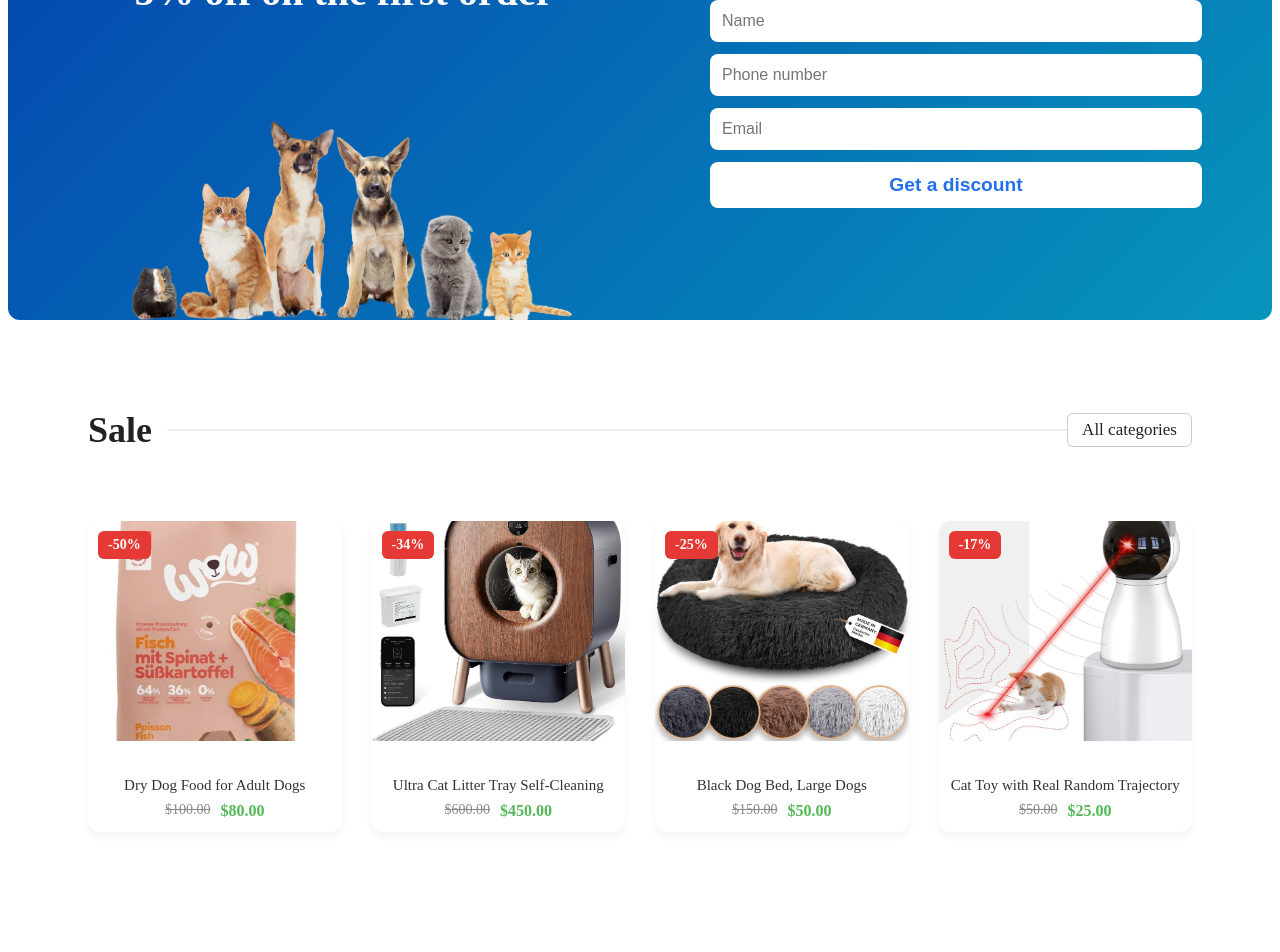
Repository: JuliiaJuliia/pet-shop-frontend
Page: / (app in pet-shop-frontend/)
An editor plug-in stored every save of this project. The page is shown before and after a run of saves, followed by the edit.
The browser window is 1280 px wide. The pictures show the part of the page from y = 1259 to 2211 px (the page is 2211 px tall).
The project was rebuilt for these pictures with package versions that can differ from the ones it lists, and the page was loaded fresh each time. Also part of the build but not shown: pet-shop-frontend/vite.config.js, pet-shop-frontend/src/pages/CheckoutPage.jsx, pet-shop-frontend/src/api/axios.js, pet-shop-frontend/src/components/ProductList.jsx.

Above is the page before, as saved 2025-11-06 20:38:28.

### pet-shop-frontend/index.html
<!doctype html>
<html lang="en">
  <head>
    <meta charset="UTF-8" />
    <link rel="icon" type="image/svg+xml" href="/vite.svg" />
    <meta name="viewport" content="width=device-width, initial-scale=1.0" />
    <title>pet-shop-frontend</title>
  </head>
  <body>
    <div id="root"></div>
    <script type="module" src="/src/main.jsx"></script>
  </body>
</html>

### pet-shop-frontend/src/main.jsx
import HomePage from "./pages/HomePage";
import CheckoutPage from "./pages/CheckoutPage";
import React from "react";
import ReactDOM from "react-dom/client";
import { BrowserRouter, Routes, Route } from "react-router-dom";
import Header from "./components/Header/Header.jsx";
import ProductList from "./components/ProductList";

function Categories() {
  return <h2 style={{ textAlign: "center" }}>Categories Page</h2>;
}

function Sales() {
  return <h2 style={{ textAlign: "center" }}>Sales Page</h2>;
}

function Cart() {
  return <h2 style={{ textAlign: "center" }}>Your Cart is empty</h2>;
}

ReactDOM.createRoot(document.getElementById("root")).render(
  <BrowserRouter>
    <Header />
    <Routes>
      <Route path="/" element={<HomePage />} />
      <Route path="/categories" element={<Categories />} />
      <Route path="/products" element={<ProductList />} />
      <Route path="/sales" element={<Sales />} />
      <Route path="/cart" element={<Cart />} />
    </Routes>
  </BrowserRouter>
);

### pet-shop-frontend/src/pages/HomePage.jsx
import React from "react";
import MainBanner from "../components/MainBanner";
import Categories from "../components/Categories";
import DiscountBanner from "../components/DiscountBanner";
import SaleSection from "../components/SaleSection/SaleSection";

const HomePage = () => {
  return (
    <div>
      <MainBanner />
      <Categories />
      <DiscountBanner />
      <SaleSection />
    </div>
  );
};

export default HomePage;

### pet-shop-frontend/src/components/Header/Header.jsx
import React from "react";
import { Link } from "react-router-dom";
import "./Header.css";

const Header = () => {
  return (
    <header className="header">
      <div className="header__logo">
        <Link to="/">PetShop 🐾</Link>
      </div>
      <nav className="header__nav">
        <Link to="/">Main Page</Link>
        <Link to="/categories">Categories</Link>
        <Link to="/products">All products</Link>
        <Link to="/sales">All sales</Link>
      </nav>
      <div className="header__cart">
        <Link to="/cart">
        <img src="/icon.svg" alt="Cart" className="header__cart-icon" />
        </Link>
</div>
    </header>
  );
};

export default Header;

### pet-shop-frontend/src/components/MainBanner.jsx
import React from "react";
import { Link } from "react-router-dom";
import "./MainBanner.css";

const MainBanner = () => {
  return (
    <section className="main-banner">
      <div className="main-banner__overlay">
        <div className="main-banner__content">
        <h1>Amazing Discounts <br /> on Pets Products!</h1>
        <Link to="/checkout" className="banner-btn">Check out</Link>
        </div>
      </div>
    </section>
  );
};

export default MainBanner;

### pet-shop-frontend/src/components/Categories.jsx
import React from "react";
import { Link } from "react-router-dom";
import "./Categories.css";

const categories = [
  { id: 1, name: "Dry & Wet Food", image: "/Dog.jpg" },
  { id: 2, name: "Litter Boxes & Litter Trays", image: "/Cat.jpg" },
  { id: 3, name: "Baskets & Beds", image: "/Dogs.jpg" },
  { id: 4, name: "Toys", image: "/Dog and Fish.jpg" },
];

const Categories = () => {
  return (
    <section className="categories">
      <div className="categories__header">
        <h2>Categories</h2>
        <div className="categories__line"></div>

        <Link to="/products" className="all-categories-btn">
          All categories
        </Link>
      </div>

      <div className="categories__grid">
        {categories.map((category) => (
          <div key={category.id} className="category-card">
            <img src={category.image} alt={category.name} />
            <div className="category-card__overlay">
              <p>{category.name}</p>
            </div>
          </div>
        ))}
      </div>
    </section>
  );
};

export default Categories;

### pet-shop-frontend/src/components/DiscountBanner.jsx
import { useState } from "react";
import "./DiscountBanner.css";

export default function DiscountBanner() {
  const [form, setForm] = useState({ name: "", phone: "", email: "" });
  const [sent, setSent] = useState(false);

  const handleChange = (e) => {
    setForm({ ...form, [e.target.name]: e.target.value });
    setError("");
  };

  const handleSubmit = (e) => {
    e.preventDefault();

    if (!form.name || !form.phone || !form.email) {
      setError("Fill in this field");
      return;
    }

    setSent(true);
  };
  return (
    <section className="discount-banner">
      <div className="discount-banner__overlay">
        <div className="discount-banner__container">

          {/* Ліва частина: заголовок + картинка */}
          <div className="discount-banner__left">
            <h2>5% off on the first order</h2>
            <img src="/Pets.jpg" alt="Pets" />
          </div>

          {/* Права частина: форма */}
          <div className="discount-banner__right">
            {!sent ? (
              <form onSubmit={handleSubmit}>
                <input
                  type="text"
                  name="name"
                  placeholder="Name"
                  value={form.name}
                  onChange={handleChange}
                  required
                />
                <input
                  type="tel"
                  name="phone"
                  placeholder="Phone number"
                  value={form.phone}
                  onChange={handleChange}
                  required
                />
                <input
                  type="email"
                  name="email"
                  placeholder="Email"
                  value={form.email}
                  onChange={handleChange}
                  required
                />
                <button type="submit">Get a discount</button>
              </form>
            ) : (
              <p className="discount-banner__success">
                ✅ Thank you! We'll contact you soon!
              </p>
            )}
          </div>

        </div>
      </div>
    </section>
  );
}

### pet-shop-frontend/src/components/SaleSection/SaleSection.jsx
import React from "react";
import "./SaleSection.css";
import { Link } from "react-router-dom";

const saleSection = [
  {
    id: 1,
    name: "Dry Dog Food for Adult Dogs",
    image: "/Dry Dog.jpg",
    oldPrice: 100,
    newPrice: 80,
    discount: "-50%",
  },
  {
    id: 2,
    name: "Ultra Cat Litter Tray Self-Cleaning",
    image: "/Cat Litter.jpg",
    oldPrice: 600,
    newPrice: 450,
    discount: "-34%",
  },
  {
    id: 3,
    name: "Black Dog Bed, Large Dogs",
    image: "/Dog Bed.jpg",
    oldPrice: 150,
    newPrice: 50,
    discount: "-25%",
  },
  {
    id: 4,
    name: "Cat Toy with Real Random Trajectory",
    image: "/Cat Toy.jpg",
    oldPrice: 50,
    newPrice: 25,
    discount: "-17%",
  },
];

const SaleSection = () => {
  return (
    <section className="sale-section">
      {/* 🔹 Верхній заголовок + кнопка справа */}
      <div className="sale-section__header">
        <h2>Sale</h2>
        <div className="sale-section__line"></div>
        <Link to="/categories" className="sale-section__all-btn">
          All categories
        </Link>
      </div>

      {/* 🔹 Сітка товарів */}
      <div className="sale-section__grid">
        {saleSection.map((item) => (
          <div key={item.id} className="sale-card">
            <div className="sale-card__image-container">
              <img src={item.image} alt={item.name} className="sale-card__image" />
              <span className="sale-card__discount">{item.discount}</span>
            </div>
            <div className="sale-card__details">
              <h4 className="sale-card__name">{item.name}</h4>
              <div className="sale-card__prices">
                <span className="sale-card__old">${item.oldPrice.toFixed(2)}</span>
                <span className="sale-card__new">${item.newPrice.toFixed(2)}</span>
              </div>
            </div>
          </div>
        ))}
      </div>
    </section>
  );
};

export default SaleSection;

### pet-shop-frontend/src/components/Header/Header.css
.header {
    display: flex;
    align-items: center;
    justify-content: space-between;
    padding: 20px 60px;
    background-color: #fff;
    box-shadow: 0 2px 5px rgba(0, 0, 0, 0.05);
    position: sticky;
    top: 0;
    z-index: 10;
  }

  .header__logo a {
    font-size: 40px;
    font-weight: 400;
    color: #3d3c3c;
    text-decoration: none;
    display: flex;
    align-items: center;
    gap: 10px;
  }

  .header__nav {
    display: flex;
    gap: 30px;
  }

  .header__nav a {
    font-size: 20px;
    text-decoration: none;
    color: #38383a;
    font-weight: 550;
    transition: 0.3s;
    cursor: url("data:[embedded picture, 129 characters]"), auto;
  }

  .header__nav a:hover {
    color: #24973bf3;
  }

  .cart-icon {
    font-size: 20px;
    text-decoration: none;
  }

  .header__cart-icon {
    width: 30px;
    height: 30px;
    object-fit: contain;
    transition: transform 0.3s ease;
    cursor: url("data:[embedded picture, 129 characters]"), auto;
  }

  .header__cart-icon:hover {
    transform: rotate(10deg) scale(1.15);
  }

### pet-shop-frontend/src/components/MainBanner.css
.main-banner {
  position: relative;
  width: 100%;
  height: 500px;
  background: url("/banner-dog.jpg") center/cover no-repeat;
  display: flex;
  align-items: center;
  justify-content: center;
  border-radius: 10px;
  overflow: hidden;
  margin-bottom: 60px;
}

/* Полупрозрачный шар поверх картинки */
.main-banner__overlay {
  background: rgba(0, 0, 0, 0.35);
  width: 100%;
  height: 100%;
  display: flex;
  align-items: center;
  justify-content: center;
}

/* Текст и кнопка */
.main-banner__content {
  text-align: left;
  color: #fff;
  max-width: 800px;
  padding: 0 40px;
  line-height: 1.1;
  white-space: normal;
  word-break: break-word;
}

.main-banner__content h1 {
  font-size: 54px;
  font-weight: 700;
  line-height: 1.2;
  margin-bottom: 40px;
}


.main-banner__button {
  background-color: #53b955df;
  color: rgb(255, 255, 255);
  border: none;
  border-radius: 6px;
  font-size: 18px;
  padding: 14px 30px;
  cursor: pointer;
  transition: all 0.3s ease;
  cursor: url("data:[embedded picture, 129 characters]"), auto;
}

.main-banner__button:hover {
  background-color: #24973b91;
  ;
  transform: scale(1.05);
}

.banner-btn {
  display: inline-block;
  background-color: #53b955df;
  color: white;
  border: none;
  border-radius: 6px;
  font-size: 18px;
  padding: 14px 30px;
  text-decoration: none;
  text-align: center;
  cursor: pointer;
  transition: all 0.3s ease;
}

.banner-btn:hover {
  background-color: #24973b91;
  transform: scale(1.05);
}

### pet-shop-frontend/src/components/Categories.css
.categories {
    padding: 0px 80px 60px;
    background-color: #fff;
  }

  .categories__title {
    font-size: 36px;
    font-weight: 600;
    margin-bottom: 30px;
    color: #222;
  }

  .categories__grid {
    display: grid;
    grid-template-columns: repeat(auto-fit, minmax(220px, 1fr));
    gap: 30px;
    justify-items: center;
  }

  .category-card {
    position: relative;
    width: 100%;
    max-width: 260px;
    border-radius: 12px;
    overflow: hidden;
    cursor: url("data:[embedded picture, 129 characters]"), auto;
    transition: transform 0.3s ease;
  }

  .category-card img {
    width: 100%;
    height: 260px;
    object-fit: cover;
    border-radius: 12px;
  }

  .category-card__overlay {
    position: absolute;
    display: flex;
    justify-content: center;
    align-items: center;
    text-align: center;
    bottom: 0;
    left: 0;
    right: 0;
    background: rgba(0, 0, 0, 0.5);
    color: #fff;
    font-size: 20px;
    font-weight: 500;
    padding-top: 10px;
    transition: background 0.3s ease;
  }

  .category-card:hover {
    transform: scale(1.05);
  }

  .category-card:hover .category-card__overlay {
    background: rgba(0, 0, 0, 0.7);
  }

  .categories__header {
    display: flex;
    align-items: center;
    justify-content: space-between;
    position: relative;
    margin-bottom: 30px;
  }

  .categories__header h2 {
    font-size: 35px;
    font-weight: 700;
    color: #222;
    letter-spacing: 1.5px;
    background-color: #fff;
    padding-right: 15px;
    z-index: 1;
  }

  .categories__line {
    position: absolute;
    left: 0;
    right: 0;
    height: 1px;
    background-color: #ddd;
    top: 50%;
    transform: translateY(-50%);
    z-index: 0;
  }

  .all-categories-btn {
    display: inline-flex;
    align-items: center;
    justify-content: center;
    background-color: #fff;
    border: 1px solid #ccc;
    border-radius: 6px;
    padding: 6px 14px;
    font-size: 17px;
    font-weight: 500;
    color: #333;
    text-decoration: none;
    outline: none;
    cursor: pointer;
    z-index: 1;
    transition: all 0.3s ease;
  }

  .all-categories-btn:hover {
    background-color: #53b955cd;
    color: #fff;
    border-color: #24973b91;
    transform: scale(1.05);
    cursor: url("/paw-cursor.png"), auto;
    cursor: url("data:[embedded picture, 129 characters]"), auto;
  }

### pet-shop-frontend/src/components/DiscountBanner.css
.discount-banner {
    width: 100%;
    background: linear-gradient(135deg, #045de9, #09c6f9);
    border-radius: 12px;
    overflow: hidden;
    margin: 40px 0;
  }

  .discount-banner__overlay {
    background: rgba(0,0,0,0.25);
    padding: 40px 20px;
  }

  .discount-banner__container {
    display: flex;
    flex-direction: column;
    align-items: center;
    text-align: center;
  }


  .discount-banner__left {
    flex: 1;
    text-align: center;
    display: flex;
    flex-direction: column;
    justify-content: space-between;
    align-items: center;
    height: 100%;
    padding: 20px;
  }

  .discount-banner__left h2 {
    font-size: 2.5rem;
    color: #fff;
    margin-top: 20px;
  }

  .discount-banner__left img {
    width: 100%;
    max-width: 500px;
    border-radius: 10px;
    margin-bottom: -70px;
  }

  .discount-banner__right form {
    flex: 1;
    padding: 0 50px;
    display: flex;
    flex-direction: column;
    gap: 12px;
  }

  .discount-banner__right input {
    padding: 12px;
    border-radius: 8px;
    border: none;
    outline: none;
    font-size: 1rem;
  }

  .discount-banner__right button {
    padding: 12px;
    border-radius: 8px;
    border: none;
    background: #fff;
    color: #045ce9df;
    font-weight: 600;
    transition: 0.3s;
    font-size: 1.2rem;
    cursor: url("data:[embedded picture, 129 characters]"), auto;
  }

  .discount-banner__right button:hover {
    background: #e0e0e0;
    transform: scale(1.05);
  }

  .discount-banner__success {
    color: #fff;
    font-weight: 600;
  }

  /* Адаптивность для больших екранов */
  @media (min-width: 768px) {
    .discount-banner__container {
      flex-direction: row;
      justify-content: space-between;
      text-align: left;
    }

    .discount-banner__left {
      flex: 1;
      margin-bottom: 0;
    }

    .discount-banner__right {
      flex: 1;
    }
  }

### pet-shop-frontend/src/components/SaleSection/SaleSection.css
.sale-section {
    background-color: #fff;
    margin: 60px 80px;
    padding-bottom: 60px;
  }

  /* 🔹 Заголовок + кнопка справа + лінія */
  .sale-section__header {
    display: flex;
    justify-content: space-between;
    align-items: center;
    position: relative;
    margin-bottom: 40px;
  }

  .sale-section__header h2 {
    font-size: 36px;
    font-weight: 700;
    color: #222;
    background-color: #fff;
    padding-right: 15px;
    z-index: 1;
  }

  .sale-section__line {
    position: absolute;
    left: 0;
    right: 0;
    height: 1px;
    background-color: #ddd;
    top: 50%;
    transform: translateY(-50%);
    z-index: 0;
  }

  /* 🔹 Кнопка “All categories” */
  .sale-section__all-btn {
    background-color: #fff;
    border: 1px solid #ccc;
    border-radius: 6px;
    padding: 6px 14px;
    font-size: 17px;
    font-weight: 500;
    text-decoration: none;
    color: #222;
    z-index: 1;
    transition: 0.3s;
  }

  .sale-section__all-btn:hover {
    background-color: #53b955cd;
    color: #fff;
    border-color: #24973b91;
    cursor: url("data:[embedded picture, 129 characters]"), auto;
  }

  /* 🔹 Сетка товаров */
  .sale-section__grid {
    display: grid;
    grid-template-columns: repeat(auto-fit, minmax(220px, 1fr));
    gap: 30px;
    justify-items: center;
  }

  /* 🔹 Карточки товаров */
  .sale-card {
    background-color: #fff;
    border-radius: 12px;
    overflow: hidden;
    width: 100%;
    max-width: 260px;
    box-shadow: 0 4px 8px rgba(0, 0, 0, 0.05);
    transition: transform 0.3s ease, box-shadow 0.3s ease;
    cursor: url("data:[embedded picture, 129 characters]"), auto;
  }

  .sale-card:hover {
    transform: scale(1.04);
    box-shadow: 0 8px 15px rgba(0, 0, 0, 0.1);
  }

  /* 🔹 Фото + бейдж скидки */
  .sale-card__image-container {
    position: relative;
  }

  .sale-card__image {
    width: 100%;
    height: 220px;
    object-fit: cover;
    border-radius: 12px 12px 0 0;
  }

  .sale-card__discount {
    position: absolute;
    top: 10px;
    left: 10px;
    background-color: #e53935;
    color: #fff;
    font-size: 14px;
    font-weight: 600;
    padding: 6px 10px;
    border-radius: 6px;
  }

  /* 🔹 Інформація під фото */
  .sale-card__details {
    padding: 12px;
    text-align: center;
  }

  .sale-card__name {
    font-size: 15px;
    font-weight: 500;
    margin-bottom: 8px;
    color: #333;
  }

  .sale-card__prices {
    display: flex;
    justify-content: center;
    gap: 10px;
  }

  .sale-card__old {
    text-decoration: line-through;
    color: #888;
    font-size: 14px;
  }

  .sale-card__new {
    color: #53b955;
    font-weight: 700;
    font-size: 16px;
  }

After the next 5 saves:
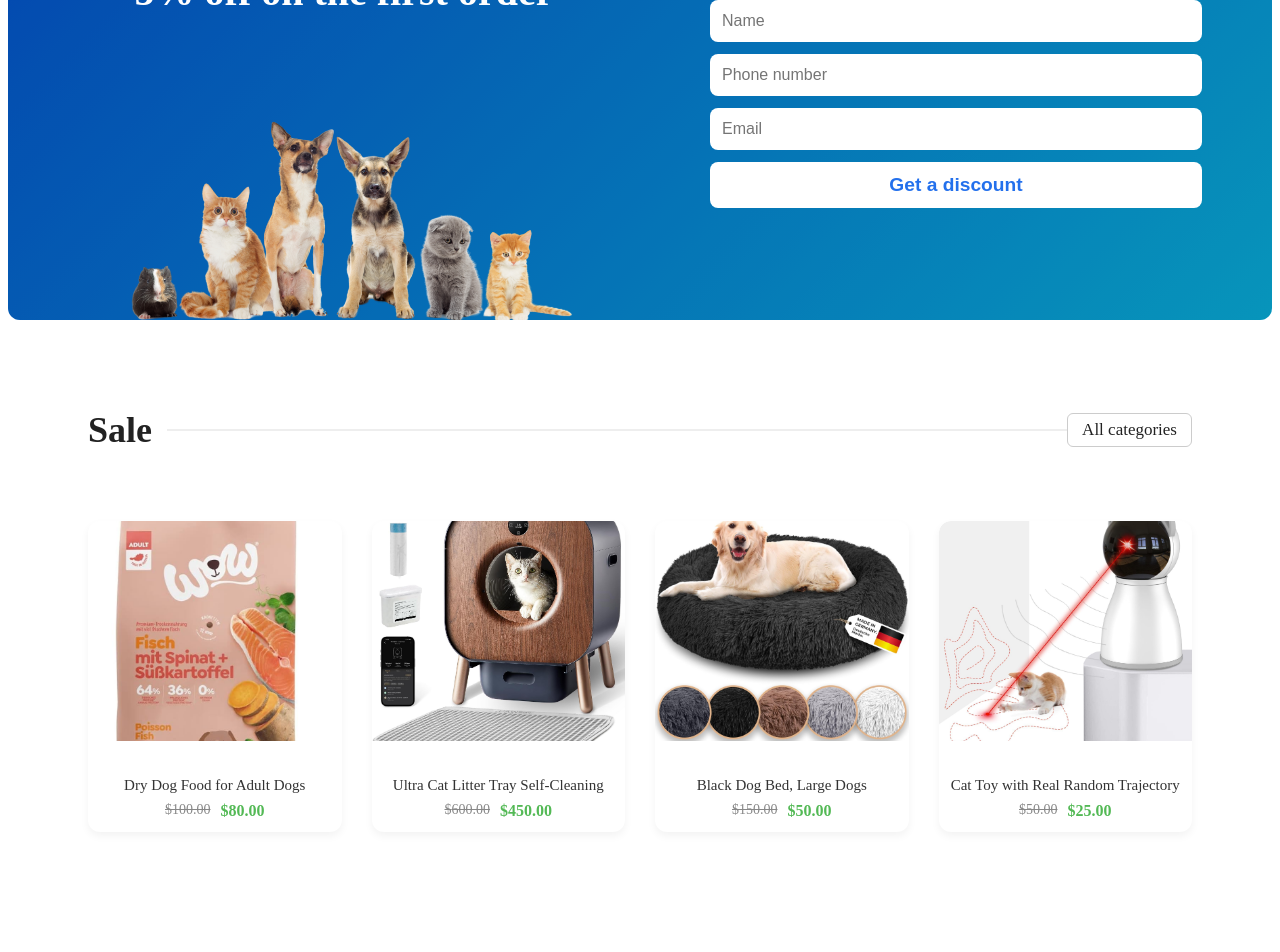
The 5 saves are shown as one change because they came seconds apart.
The last was saved 102 s later.
--- a/pet-shop-frontend/src/components/SaleSection/SaleSection.css
+++ b/pet-shop-frontend/src/components/SaleSection/SaleSection.css
@@ -94,7 +94,7 @@
   .sale-card__discount {
     position: absolute;
     top: 10px;
-    left: 10px;
+    r: 10px;
     background-color: #e53935;
     color: #fff;
     font-size: 14px;
